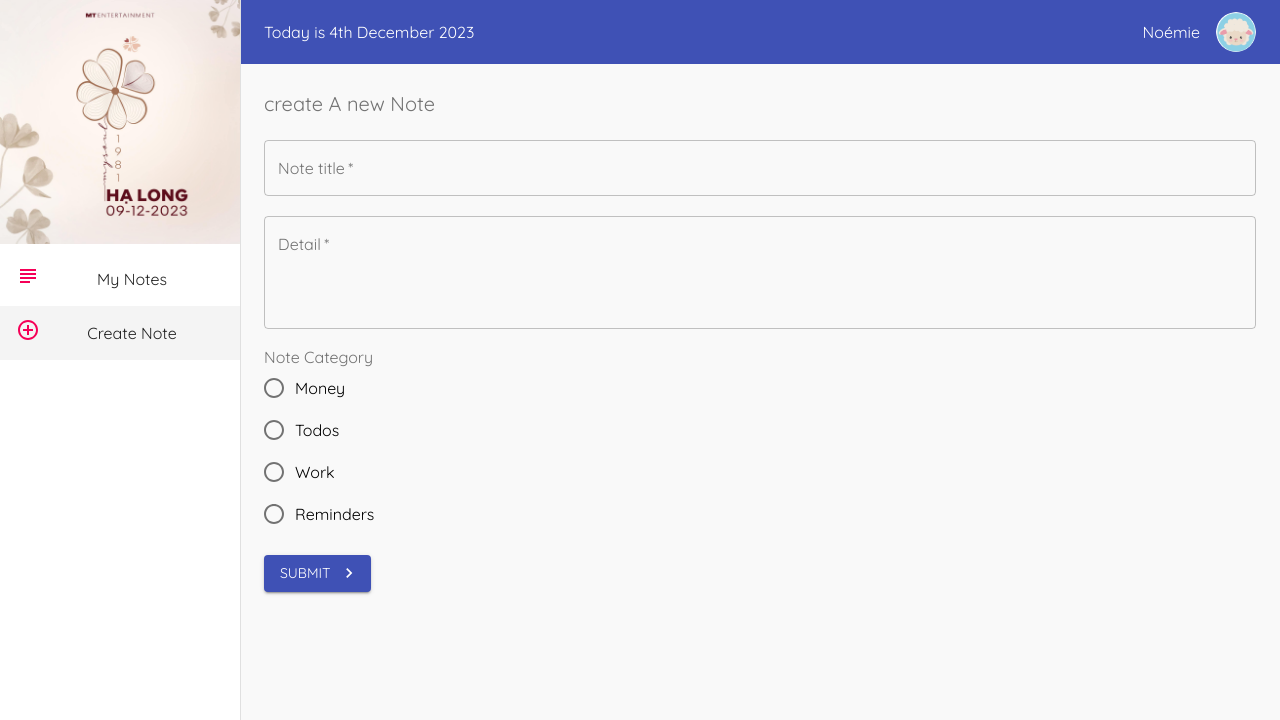
Repository: noemiepham/noemieblognote
Page: /create
An editor plug-in stored every save of this project. The page is shown before and after the next save, followed by the edit.
The browser window is 1280 px wide. The pictures show the whole page.
The project was rebuilt for these pictures with package versions that can differ from the ones it lists, and the page was loaded fresh each time. Also part of the build but not shown: src/components/NoteCard.js, src/pages/Notes.js.

Above is the page before, as saved 2023-12-08 15:48:01.

### public/index.html
<!DOCTYPE html>
<html lang="en">

<head>
  <meta charset="utf-8" />
  <meta name="viewport" content="width=device-width, initial-scale=1" />
  <meta name="theme-color" content="#000000" />
  <meta name="description" content="Web site created using create-react-app" />

  <link rel="stylesheet" href="https://fonts.googleapis.com/css?family=Roboto:300,400,500,700&display=swap" />
  <title>Material UI</title>
</head>

<body>
  <noscript>You need to enable JavaScript to run this app.</noscript>
  <div id="root"></div>
  <!--
      This HTML file is a template.
      If you open it directly in the browser, you will see an empty page.

      You can add webfonts, meta tags, or analytics to this file.
      The build step will place the bundled scripts into the <body> tag.

      To begin the development, run `npm start` or `yarn start`.
      To create a production bundle, use `npm run build` or `yarn build`.
    -->
</body>

</html>

### src/index.css
@import url('https://fonts.googleapis.com/css2?family=Open+Sans:ital,wght@0,400;1,300&family=Quicksand&display=swap');


body {
     margin: 0;
     -webkit-font-smoothing: antialiased;
     -moz-osx-font-smoothing: grayscale;
     background: #f9f9f9;
}

.my-masonry-grid {
     display: -webkit-box;
     /* Not needed if autoprefixing */
     display: -ms-flexbox;
     /* Not needed if autoprefixing */
     display: flex;
     margin-left: -20px;
     /* gutter size offset */
     width: auto;
}

.my-masonry-grid_column {
     padding-left: 20px;
     /* gutter size */
     background-clip: padding-box;
}

.my-masonry-grid_column>div {
     /* change div to reference your elements you put in <Masonry> */
     margin-bottom: 30px;
}

img {
     width: 100%;
     height: 100%;
     object-fit: cover;
}

### src/App.js
import React from "react";
import { BrowserRouter, Routes, Route } from "react-router-dom";
import Notes from "./pages/Notes";
import Create from "./pages/Create";
import { createTheme, ThemeProvider } from "@material-ui/core";
import Layout from "./pages/Layout";
const theme = createTheme({
  typography: {
    fontFamily: "Quicksand",
    fontWeightLight: 400,
  },
});

function App() {
  return (
    <ThemeProvider theme={theme}>
      <BrowserRouter>
        <Routes>
          <Route path="/" element={<Layout />}>
            <Route path="" element={<Notes />} />
            <Route path="create" element={<Create />} />
            <Route path="edit/:id" element={<Create />} />
          </Route>
        </Routes>
      </BrowserRouter>
    </ThemeProvider>
  );
}

export default App;

### src/pages/Create.js
import { Typography, Button } from "@material-ui/core";
import { KeyboardArrowRight, NoteAddRounded } from "@material-ui/icons";
import { makeStyles } from "@material-ui/core/styles";
import TextField from "@material-ui/core/TextField";
import { useEffect, useState } from "react";
import { useNavigate, useParams } from "react-router-dom";
import format from "date-fns/format/index";

import {
  Radio,
  RadioGroup,
  FormControl,
  FormControlLabel,
  FormLabel,
} from "@material-ui/core";

const useStyles = makeStyles({
  field: {
    marginTop: 20,
    marginBottom: 20,
    display: "block",
  },
});

const Create = () => {
  const classes = useStyles();
  const navigate = useNavigate();
  // const [title, setTitle] = useState("");
  // const [details, setDetails] = useState("");
  // const [category, setCategory] = useState("");
  const [titleError, setTitleError] = useState(false);
  const [detailsError, setDetailsError] = useState(false);
  const [editNote, setEditNote] = useState(false);
  const [noteForm, setNoteForm] = useState({
    id: undefined,
    title: "",
    details: "",
    category: "",
    currentDate: format(new Date(), "do MMMM Y"),
  });
  const params = useParams();

  console.log("=====>", JSON.stringify(params.id));

  useEffect(() => {
    if (params.id) {
      fetch("http://localhost:8000/notes/" + params.id)
        .then((res) => res.json())
        .then((data) =>
          setNoteForm({ ...data, currentDate: format(new Date(), "do MMMM Y") })
        );
      setEditNote(true);
    }
  }, [params]);

  const isValid = (data) => {
    return data.title && data.details && data.category;
  };

  const handleSubmit = (e) => {
    e.preventDefault();

    setDetailsError(false);
    setTitleError(false);

    if (noteForm.title === "") {
      setTitleError(true);
    }
    if (noteForm.details === "") {
      setDetailsError(true);
    }
    console.log(titleError);
    console.log(detailsError);

    if (isValid(noteForm)) {
      let url = editNote
        ? "http://localhost:8000/notes/" + noteForm.id
        : "http://localhost:8000/notes/";

      fetch(url, {
        method: editNote ? "PUT" : "POST",
        headers: { "content-type": "application/json" },
        body: JSON.stringify(noteForm),
      }).then(() => navigate("/"));
    }
  };
  return (
    <div>
      <Typography
        variant="h6"
        component="h2"
        color="textSecondary"
        gutterBottom
      >
        {editNote ? " Modify the note" : "create A new Note"}
      </Typography>
      <form noValidate autoComplete="off" onSubmit={handleSubmit}>
        <TextField
          onChange={(e) => setNoteForm({ ...noteForm, title: e.target.value })}
          className={classes.field}
          label="Note title"
          variant="outlined"
          color="secondary"
          fullWidth
          required
          value={noteForm.title}
          error={titleError}
        />
        <TextField
          onChange={(e) =>
            setNoteForm({ ...noteForm, details: e.target.value })
          }
          className={classes.field}
          label="Detail"
          variant="outlined"
          color="secondary"
          fullWidth
          multiline
          minRows={4}
          required
          value={noteForm.details}
          error={detailsError}
        />
        <FormControl className={classes.field}>
          <FormLabel>Note Category</FormLabel>
          <RadioGroup
            value={noteForm.category}
            onChange={(e) =>
              setNoteForm({ ...noteForm, category: e.target.value })
            }
          >
            <FormControlLabel value="Money" control={<Radio />} label="Money" />
            <FormControlLabel value="Todos" control={<Radio />} label="Todos" />
            <FormControlLabel value="Work" control={<Radio />} label="Work" />
            <FormControlLabel
              value="Reminders"
              control={<Radio />}
              label="Reminders"
            />
          </RadioGroup>
        </FormControl>
        <Button
          type="submit"
          variant="contained"
          color="primary"
          endIcon={<KeyboardArrowRight />}
        >
          Submit
        </Button>
      </form>
    </div>
  );
};

export default Create;

### src/pages/Layout.js
import { Outlet, useLocation, useNavigate } from "react-router-dom";
import { Avatar, Drawer, Typography, makeStyles } from "@material-ui/core";
import List from "@material-ui/core/List";
import ListItem from "@material-ui/core/ListItem";
import ListItemText from "@material-ui/core/ListItemText";
import { AddCircleOutline, SubjectOutlined } from "@material-ui/icons";
import { AppBar, Toolbar } from "@material-ui/core";
import format from "date-fns/format/index";

const drawerWidth = 240;
const useStyles = makeStyles((theme) => {
  return {
    page: {
      background: "#f9f9f9",
      width: "100%",
      padding: theme.spacing(3),
    },
    drawer: {
      width: drawerWidth,
    },
    drawerPaper: {
      width: drawerWidth,
    },
    root: {
      display: "flex",
    },
    active: {
      background: "#f4f4f4",
    },
    title: {
      padding: theme.spacing(3),
    },
    appbar: {
      width: `calc(100% - ${drawerWidth}px)`,
    },
    toolbar: theme.mixins.toolbar,
    date: {
      flexGrow: 1,
    },
    avatar: {
      marginLeft: theme.spacing(2),
    },
  };
});

function Layout() {
  const navigate = useNavigate();
  const location = useLocation();
  const classes = useStyles();
  const menuItems = [
    {
      text: "My Notes",
      icon: <SubjectOutlined color="secondary" />,
      path: "/",
    },
    {
      text: "Create Note",
      icon: <AddCircleOutline color="secondary" />,
      path: "/create",
    },
  ];

  return (
    <div className={classes.root}>
      {/*  App bar */}
      <AppBar className={classes.appbar} elevation={0}>
        <Toolbar>
          <Typography className={classes.date}>
            Today is {format(new Date(), "do MMMM Y")}
          </Typography>
          <Typography>Noémie</Typography>
          <Avatar src="sheep.png" className={classes.avatar} />
        </Toolbar>
      </AppBar>
      {/* side drawer */}
      <Drawer
        className={classes.drawer}
        variant="permanent"
        anchor="left"
        classes={{ paper: classes.drawerPaper }}
      >
        <div>
          <img alt="Remy Sharp" src="MyTam.jpeg" />
        </div>
        <List>
          {menuItems.map((item) => (
            <ListItem
              key={item.text}
              button
              onClick={() => navigate(item.path)}
              className={
                location.pathname === item.path ? classes.active : null
              }
            >
              <ListItemText>{item.icon}</ListItemText>
              <ListItemText primary={item.text} />
            </ListItem>
          ))}
        </List>
      </Drawer>
      <div className={classes.page}>
        <div className={classes.toolbar}></div>
        <Outlet />
      </div>
    </div>
  );
}

export default Layout;

Loaded but not shown: src/index.js (common file)

After the next save:
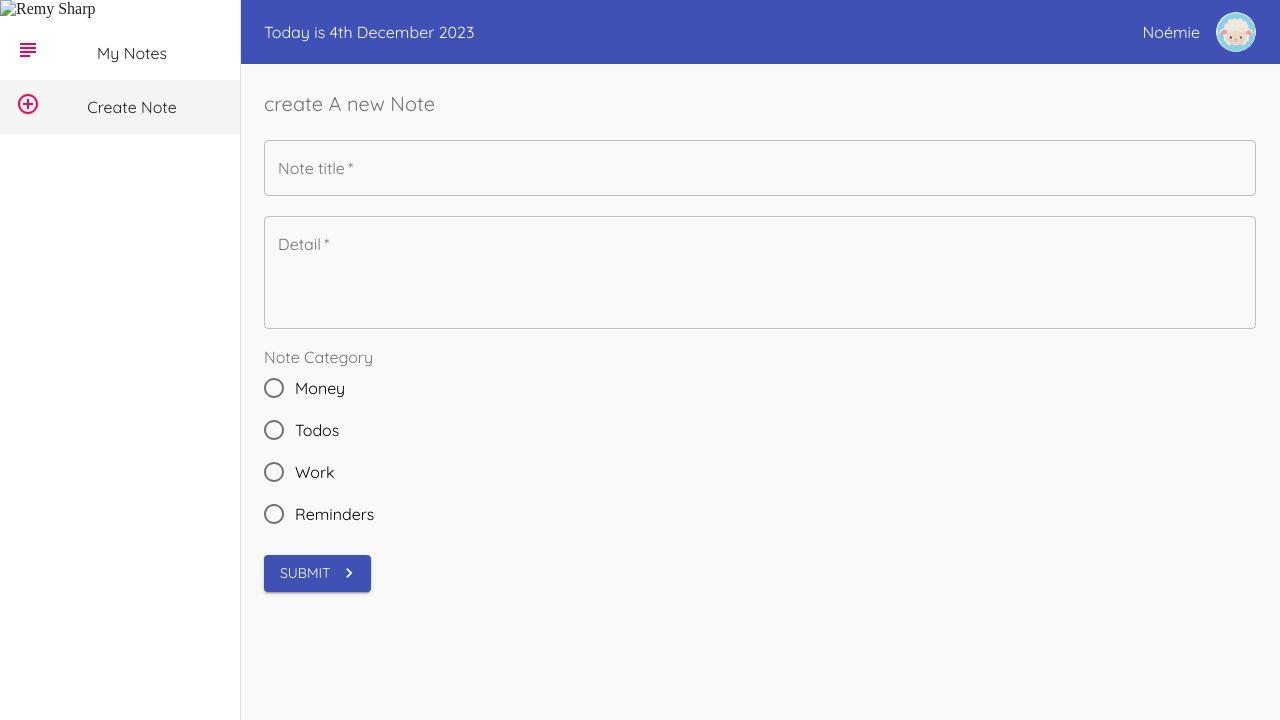
Not found: noemieblognote.png
Saved 77 s later.
--- a/src/pages/Layout.js
+++ b/src/pages/Layout.js
@@ -80,7 +80,7 @@
         classes={{ paper: classes.drawerPaper }}
       >
         <div>
-          <img alt="Remy Sharp" src="MyTam.jpeg" />
+          <img alt="Remy Sharp" src="noemieblognote.png" />
         </div>
         <List>
           {menuItems.map((item) => (

After the 2 saves that followed:
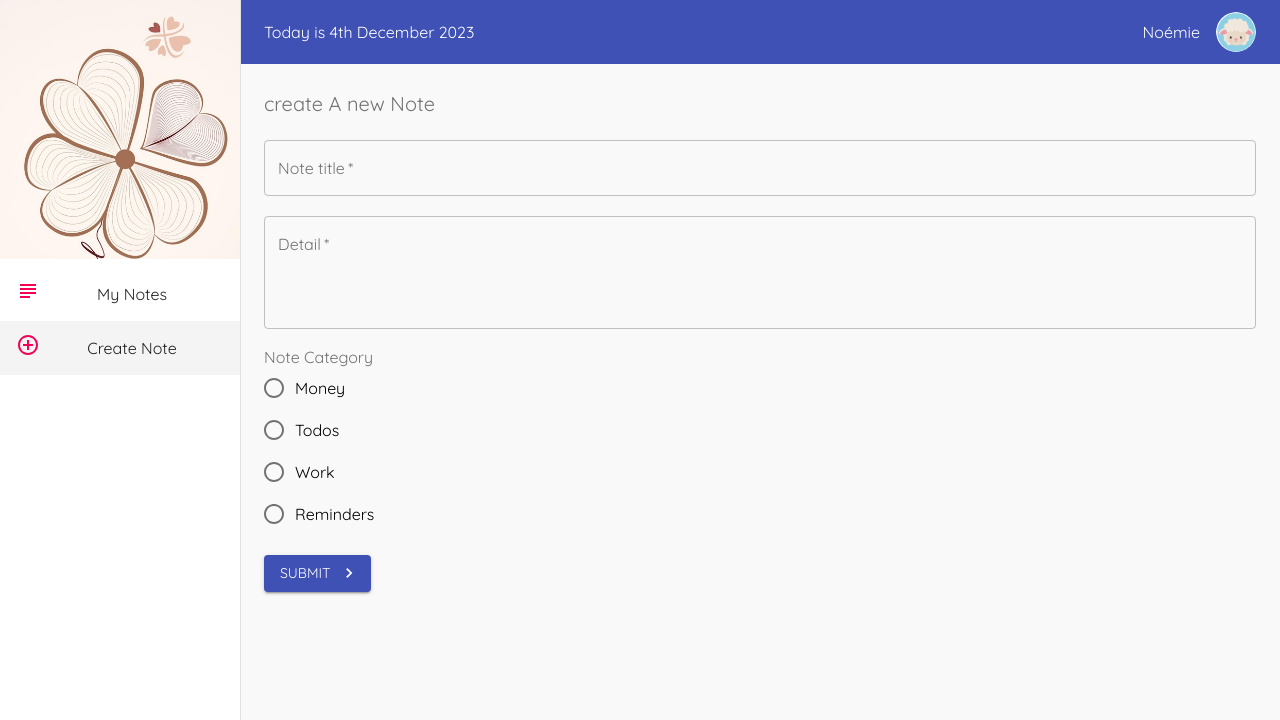
The 2 saves are shown as one change because 1 left the picture as it was.
The last was saved 73 s later.
--- a/src/pages/Layout.js
+++ b/src/pages/Layout.js
@@ -80,7 +80,7 @@
         classes={{ paper: classes.drawerPaper }}
       >
         <div>
-          <img alt="Remy Sharp" src="noemieblognote.png" />
+          <img alt="Remy Sharp" src="logoBlog.jpg" />
         </div>
         <List>
           {menuItems.map((item) => (
